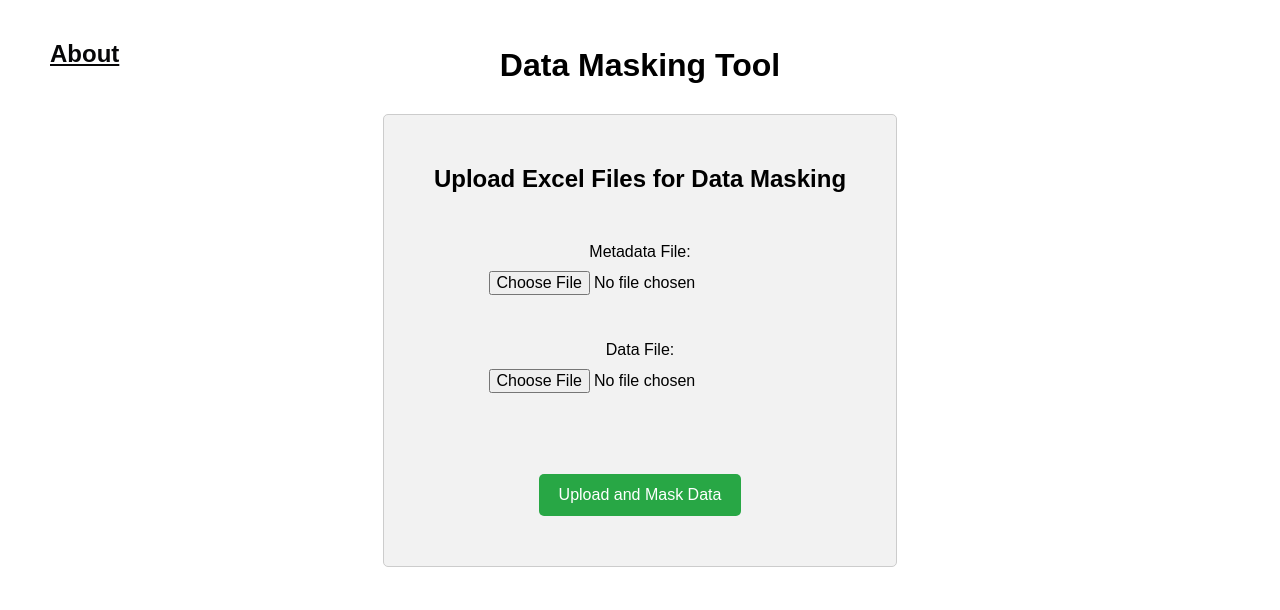
Repository: prithika12/DataMasking_Tool
Page: index.html
The author's editor kept a copy of each file at every save. The page is drawn from the files as they stood at one save, then again after the next save.
The browser window is 1280 px wide. The pictures show the whole page.

Above is the page before, as saved 2024-07-21 19:09:49.

After the next save:
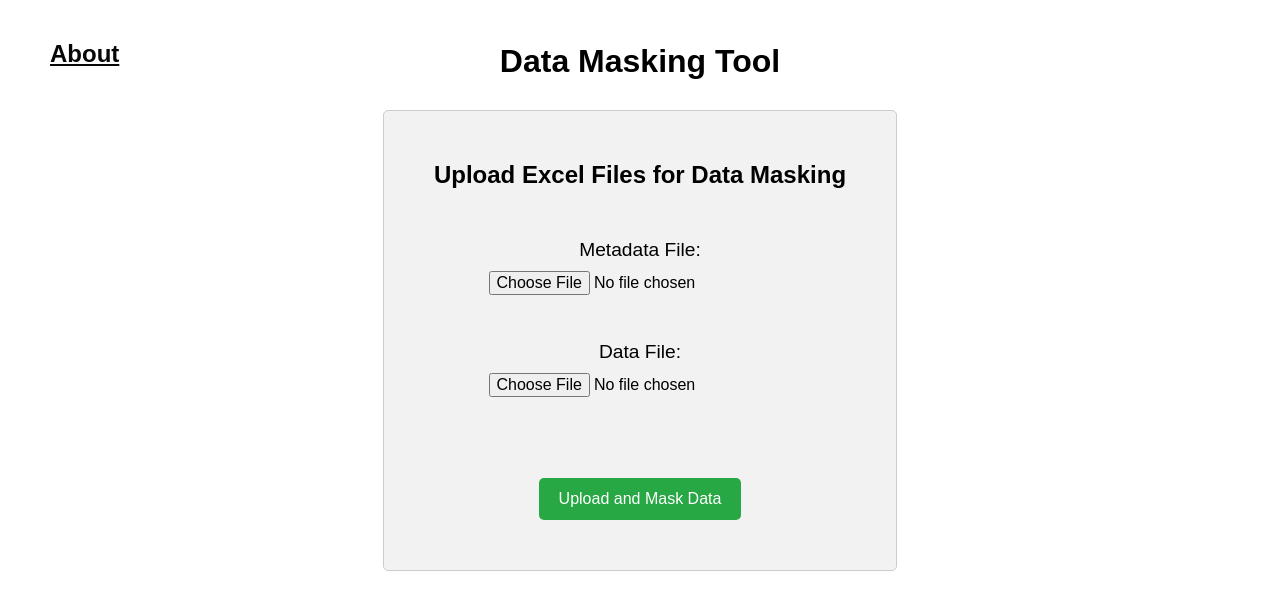
Saved 2 min 7 s later.
--- a/styles.css
+++ b/styles.css
@@ -23,6 +23,11 @@ h2 {
     text-align: center;
     margin-bottom: 50px;
 }
+
+label {
+    font-size: larger;
+}
+
 input[type="file"] {
     display: block;
     font-size: medium;
